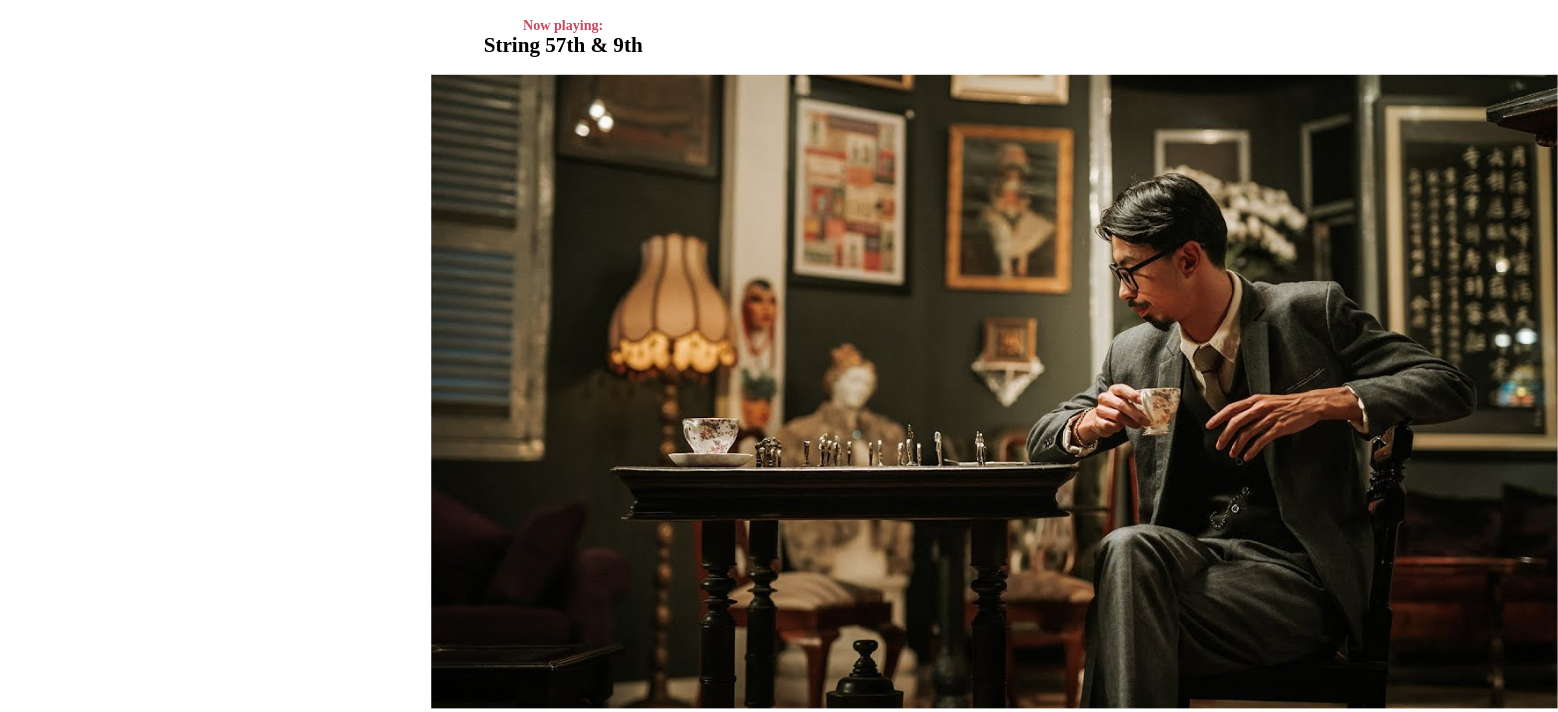
Repository: dovanthao2404/AppMusicPlayer
Page: index.html
The author's editor kept a copy of each file at every save. The page is drawn from the files as they stood at one save, then again after the next save.
The browser window is 1280 px wide. The page is 1770 px wide, then 1280 px, so the pictures cover 1770 px, including what lies to the right of the window. The pictures show the whole page, at 88% of full size.

Above is the page before, as saved 2021-06-28 01:59:41.

After the next save:
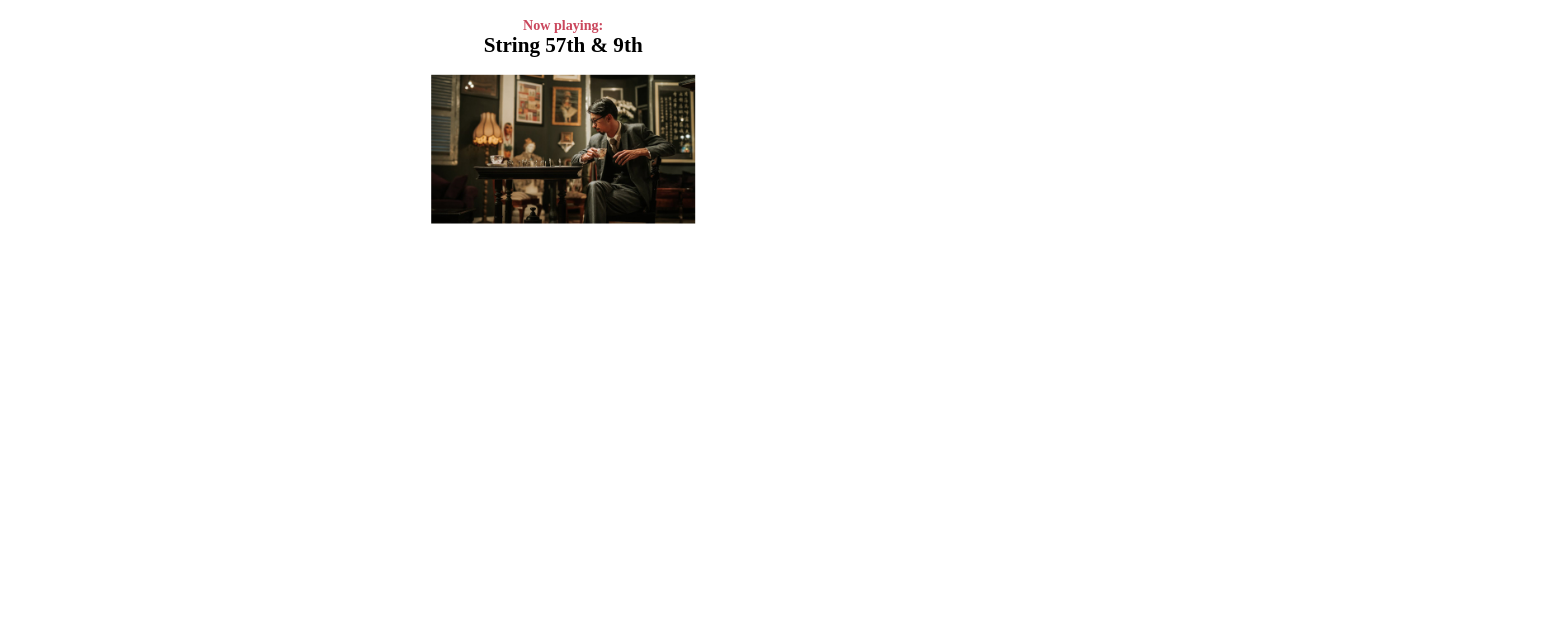
Saved 15 s later.
--- a/css/app.css
+++ b/css/app.css
@@ -19,3 +19,6 @@ header h4 {
   height: 300px;
   margin: auto;
 }
+.thumb img {
+  width: 100%;
+}
